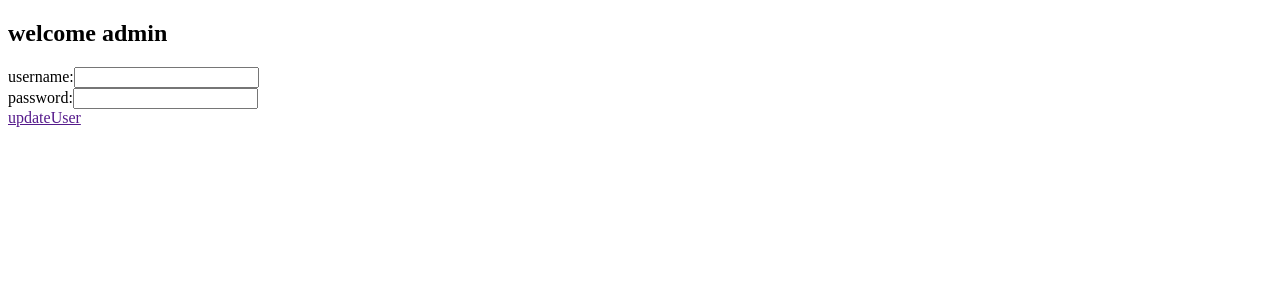
Repository: jha6435/phase4project
Page: http://localhost/Kitchenstory/AdminPage.jsp
These files come from the project's save history. The page is drawn as it stood at one moment and after the next save; the edit follows.
The browser window is 1280 px wide. The pictures show the whole page.
The page is served by Tomcat 9.

Above is the page before, as saved 2023-05-08 07:40:04.

After the next save:
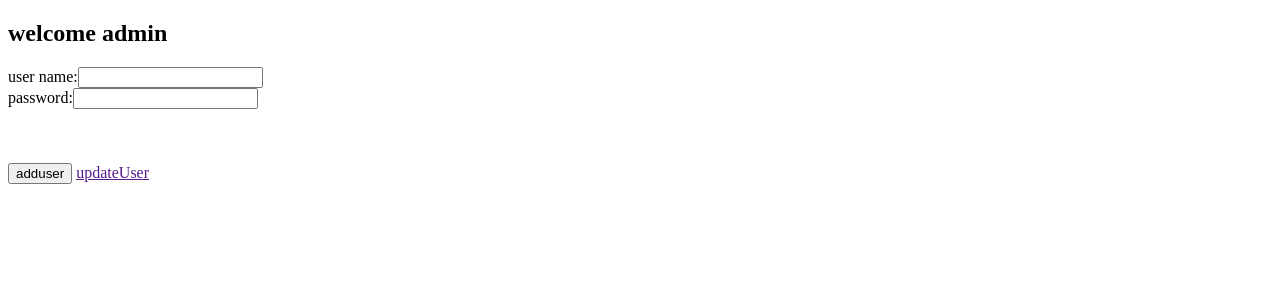
Saved 72 s later.
--- a/Kitchenstory/src/main/webapp/AdminPage.jsp
+++ b/Kitchenstory/src/main/webapp/AdminPage.jsp
@@ -9,9 +9,12 @@
 <body>
 <h2>welcome admin</h2>
 <form action="AddUserServlet" method="post">
-username:<input type="text" name=""name><br>
+user name:<input type="text" name=""name><br>
 password:<input type="password" name=""pass><br>
-
+<br>
+<br>
+<br>
+<input type="submit" value="adduser">
 <a href="">updateUser</a>
 </form>
 </body>
